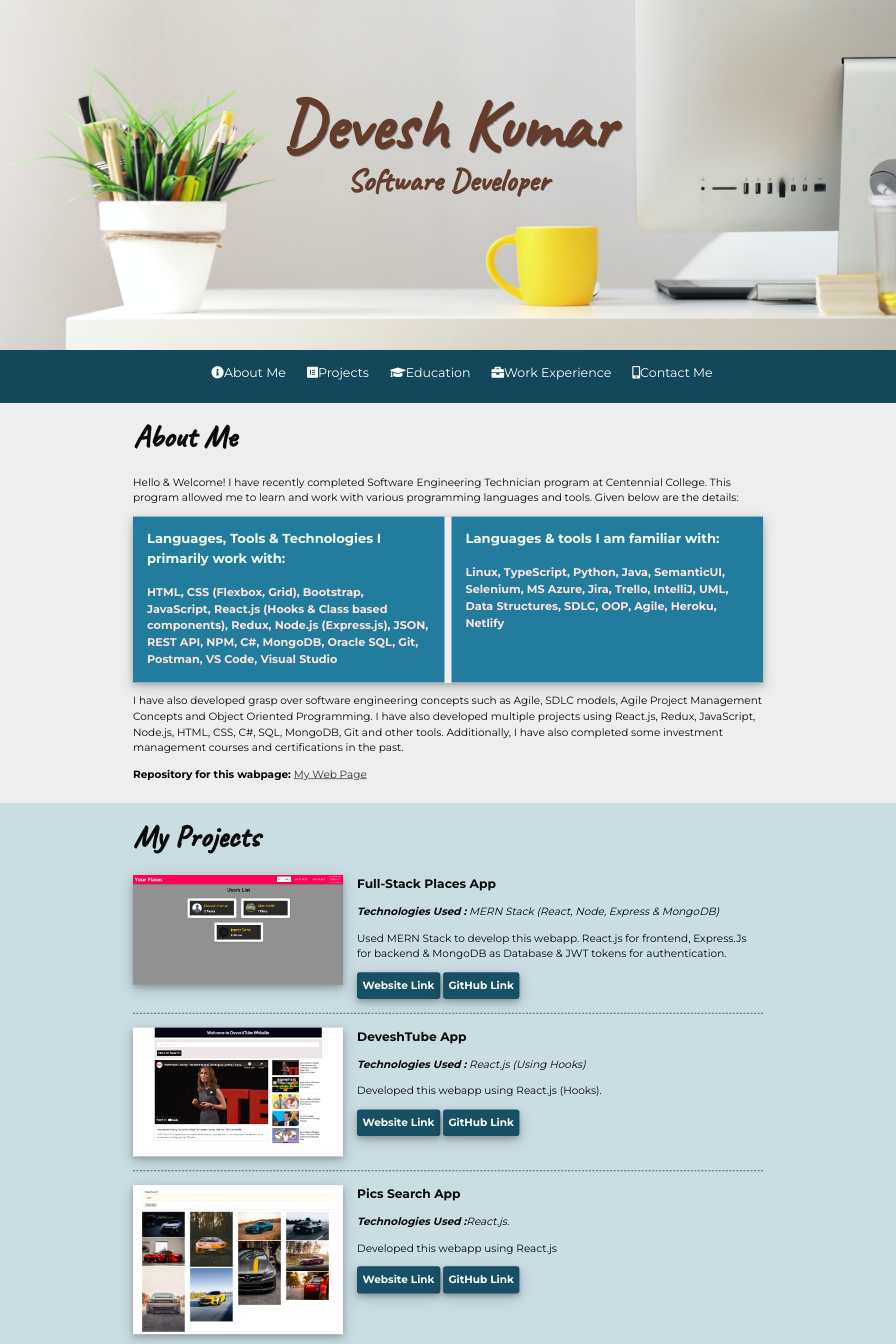
Repository: My-Web-Page/MyWebPage
Page: index.html
An editor plug-in stored every save of this project. The page is shown before and after the next save, followed by the edit.
The browser window is 1280 px wide. The pictures show the part of the page from y = 0 to 1920 px (the page is 5032 px tall), at 70% of full size.
Some web libraries are served in a nearby version.

Above is the page before, as saved 2021-09-07 13:46:08.

After the next save:
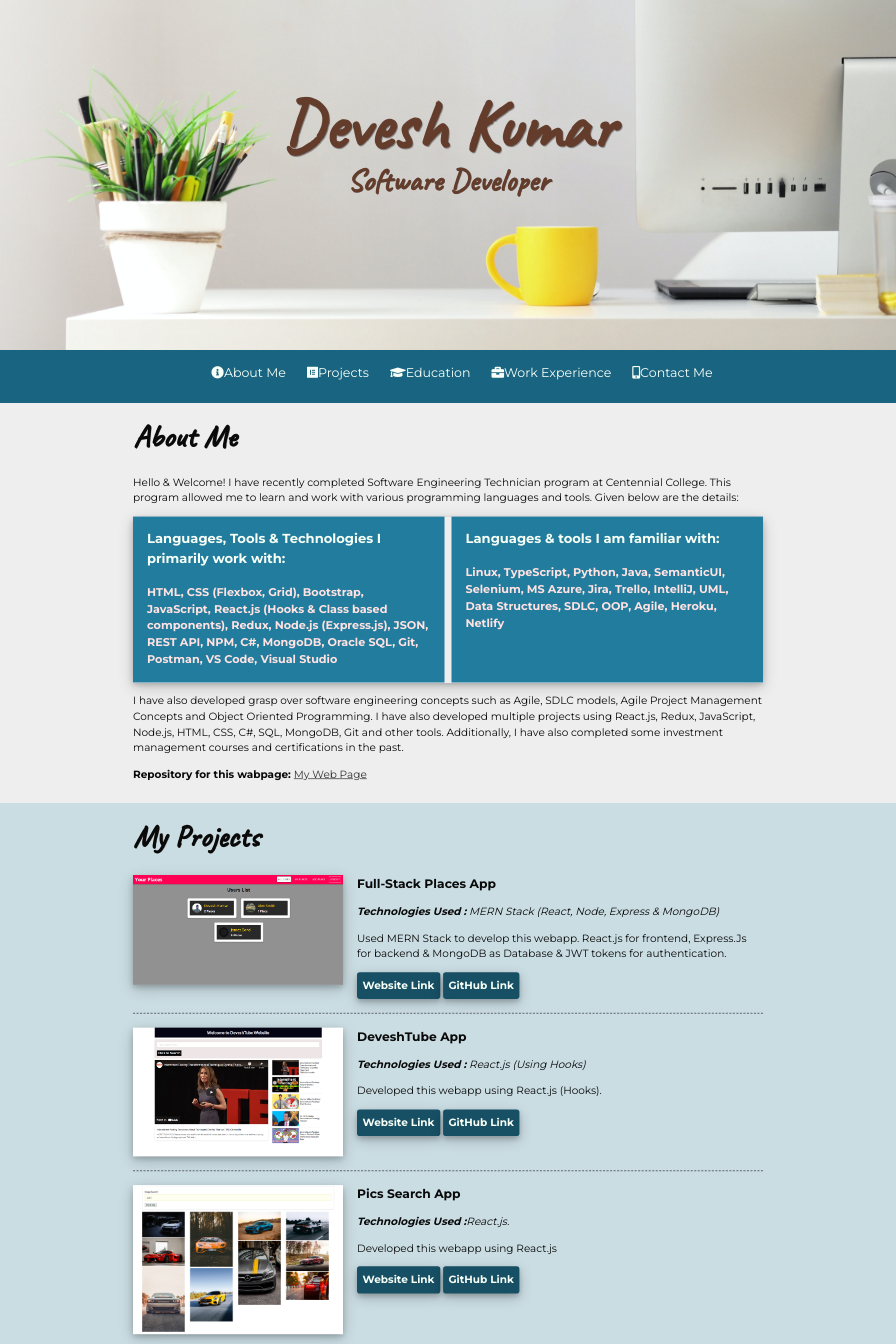
Saved 24 s later.
--- a/style.css
+++ b/style.css
@@ -131,7 +131,7 @@ h3+p {
 /* **********************************************************************************/
 
 nav {
-    background-color: #13475a;
+    background-color: #196480;
     padding: 5px 0;
     position: relative;
     height: var(--header-height);
